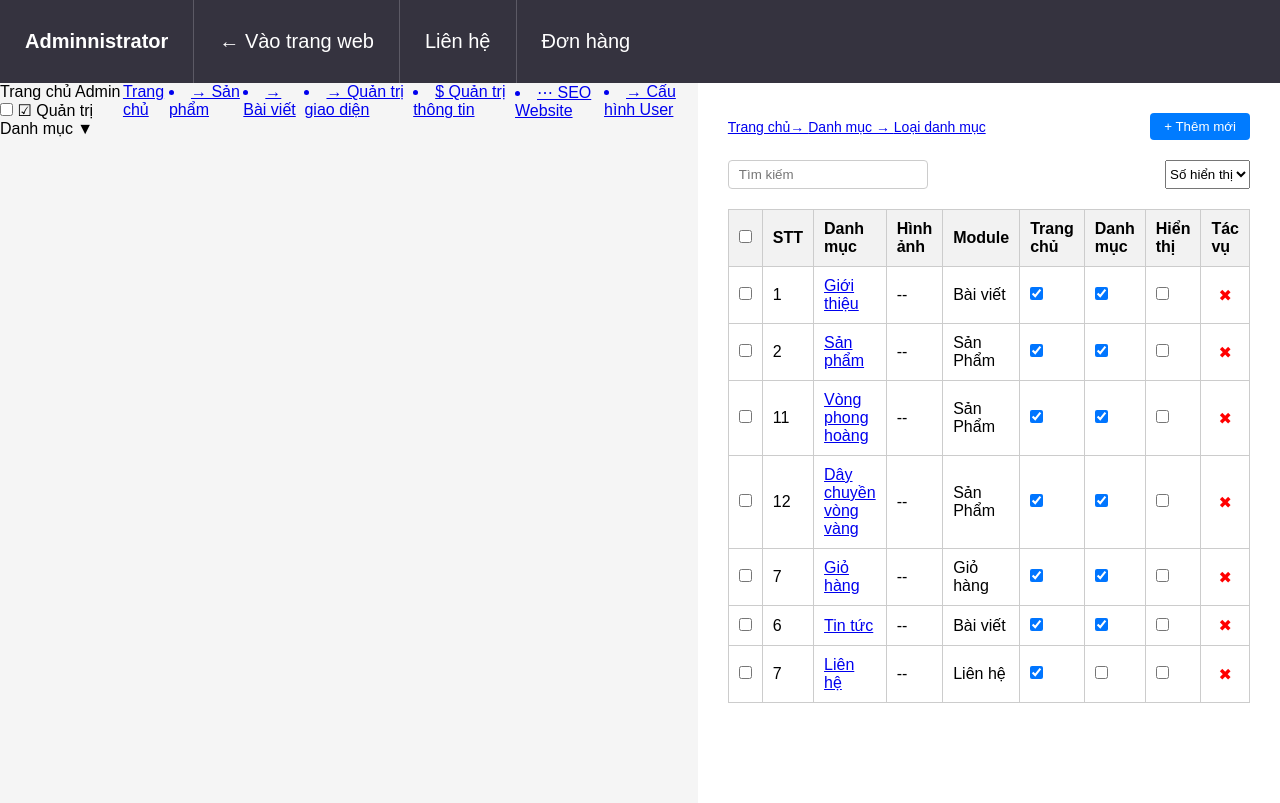
Repository: TranTanDat0606/Du-An-1
Page: Admin]/admin.html
The author's editor kept a copy of each file at every save. The page is drawn from the files as they stood at one save, then again after the next save.
The browser window is 1280 px wide. The pictures show the whole page.

Above is the page before, as saved 2025-07-31 08:55:01.

### Admin]/admin.html
<!DOCTYPE html>
<html lang="vi">
<head>
    <meta charset="UTF-8" />
    <meta name="viewport" content="width=device-width, initial-scale=1.0"/>
    <title>Quản lý danh mục</title>
    <link rel="stylesheet" href="admin.css" />
</head>
<body>
<header class="admin-navbar">
    <div class="admin-navbar-item left">Adminnistrator</div>
    <a href="#" class="admin-navbar-item">← Vào trang web</a>
    <a href="#" class="admin-navbar-item">Liên hệ</a>
    <a href="#" class="admin-navbar-item">Đơn hàng</a>
</header>
    <div class="admin-container">
<div class="admin-sidebar">
    <div class="admin-title">Trang chủ Admin</div>
    <div class="dropdown">
        <input type="checkbox" id="menu-toggle"/>
        <label for="menu-toggle" class="dropdown-label">☑ Quản trị Danh mục ▼</label>
</div>
</div>
    <div class="admin-main">
        <div class="breadcrumb">
            <a href="#">Trang chủ</a>
        </div>
    </div>

        </li>
        <a href="#"><li>→ Sản phẩm</li></a>
        <a href="#"><li>→ Bài viết</li></a>
        <a href="#"><li>→ Quản trị giao diện</li></a>
        <a href="#"><li>$ Quản trị thông tin</li></a>
        <a href="#"><li>⋯ SEO Website</li></a>
        <a href="#"><li>→ Cấu hình User</li></a>
    </ul>
    </aside>
    <main class="main-content">
    <div class="header-bar">
        <span class="breadcrumbs"><a href="#">Trang chủ→ </a><a href="#">Danh mục → </a><a href="#">Loại danh mục</a></span>
        <button class="btn-new">+ Thêm mới</button>
    </div>

    <div class="table-toolbar">
        <input type="text" class="search-input" placeholder="Tìm kiếm" />
        <select>
    <option>Số hiển thị</option>
        </select>
    </div>
    <table>
        <thead>
    <tr>
            <th><input type="checkbox" /></th>
            <th>STT</th>
            <th>Danh mục</th>
            <th>Hình ảnh</th>
            <th>Module</th>
            <th>Trang chủ</th>
            <th>Danh mục</th>
            <th>Hiển thị</th>
            <th>Tác vụ</th>
    </tr>
        </thead>
        <tbody>
    <tr>
            <td><input type="checkbox" /></td>
            <td>1</td>
            <td><a href="#">Giới thiệu</a></td>
            <td>--</td>
            <td>Bài viết</td>
            <td><input type="checkbox" checked /></td>
            <td><input type="checkbox" checked /></td>
            <td><input type="checkbox" /></td>
            <td class="text-danger">✖</td>
    </tr>
    <tr>
            <td><input type="checkbox" /></td>
            <td>2</td>
            <td><a href="#">Sản phẩm</a></td>
            <td>--</td>
            <td>Sản Phẩm</td>
            <td><input type="checkbox" checked /></td>
            <td><input type="checkbox" checked /></td>
            <td><input type="checkbox" /></td>
            <td class="text-danger">✖</td>
    </tr>
    <tr>
        <td><input type="checkbox" /></td>
        <td>11</td>
        <td><a href="#">Vòng phong hoàng</a></td>
        <td>--</td>
        <td>Sản Phẩm</td>
        <td><input type="checkbox" checked /></td>
        <td><input type="checkbox" checked /></td>
        <td><input type="checkbox" /></td>
        <td class="text-danger">✖</td>
    </tr>
    <tr>
        <td><input type="checkbox" /></td>
        <td>12</td>
        <td><a href="#">Dây chuyền vòng vàng</a></td>
        <td>--</td>
        <td>Sản Phẩm</td>
        <td><input type="checkbox" checked /></td>
        <td><input type="checkbox" checked /></td>
        <td><input type="checkbox" /></td>
        <td class="text-danger">✖</td>
    </tr>
    <tr>
        <td><input type="checkbox" /></td>
        <td>7</td>
        <td><a href="#">Giỏ hàng</a></td>
        <td>--</td>
        <td>Giỏ hàng</td>
        <td><input type="checkbox" checked /></td>
        <td><input type="checkbox" checked /></td>
        <td><input type="checkbox" /></td>
        <td class="text-danger">✖</td>
    </tr>
    <tr>
        <td><input type="checkbox" /></td>
        <td>6</td>
        <td><a href="#">Tin tức</a></td>
        <td>--</td>
        <td>Bài viết</td>
        <td><input type="checkbox" checked /></td>
        <td><input type="checkbox" checked /></td>
        <td><input type="checkbox"/></td>
        <td class="text-danger">✖</td>
    </tr>
    <tr>
        <td><input type="checkbox" name="" id=""></td>
        <td>7</td>
        <td><a href="#"> Liên hệ </a></td>
        <td>--</td>
        <td>Liên hệ</td>
        <td><input type="checkbox" checked></td>
        <td><input type="checkbox"></td>
        <td><input type="checkbox"></td>
        <td class="text-danger">✖</td>
    </tr>
        </tbody>
    </table>
    </main>
    </div>
</body>
</html>

### Admin]/admin.css
* {
    margin: 0;
    padding: 0;
    box-sizing: border-box;
    font-family: sans-serif;
}
/* header */
/* Thanh navbar admin */
.admin-navbar {
    display: flex;
    background-color: #35333f;
    /* Màu nền đậm */
    color: #fff;
    font-size: 20px;
    font-family: sans-serif;
    font-weight: 400;
}

.admin-navbar-item {
    padding: 30px 25px;
    color: #fff;
    text-decoration: none;
    border-left: 1px solid #5c5a65;
    /* Đường kẻ giữa các mục */
    display: flex;
    align-items: center;
}
/* Mục đầu tiên không có đường viền trái */
.admin-navbar-item.left {
    border-left: none;
    font-weight: bold;
}
/* Topbar admin */
.topbar {
    background-color: #2f2e38;
    color: white;
    display: flex;
    justify-content: space-between;
    align-items: center;
    padding: 20px 25px;
    font-size: 24px;
}

.topbar-left {
    font-weight: bold;

}

.topbar-right a {
    color: white;
    text-decoration: none;
    margin-left: 100px;
    border-left:4px solid #555;
    padding-left: 170px
}

.topbar-right a:first-child {
    border-left: none;
    padding-left: 0;
}
body {
    background: #f5f5f5;
}

.admin-container {
    display: flex;
    height: 100vh;
}

/* Sidebar */
.sidebar {
    width: 250px;
    background: #fff;
    border-right: 1px solid #ccc;
    padding: 20px;
}

.sidebar h2 {
    margin-bottom: 15px;
    font-size: 20px;
}

.sidebar ul {
    list-style: none;
}

.sidebar li {
    margin-bottom: 10px;
    font-size: 15px;
}

.sidebar .submenu {
    margin-left: 15px;
}

.sidebar a {
    color: #007bff;
    text-decoration: none;
}

/* Main Content */
.main-content {
    flex: 1;
    padding: 30px;
    background: #fff;
}

.header-bar {
    display: flex;
    justify-content: space-between;
    align-items: center;
}

.breadcrumbs {
    color: #555;
    font-size: 14px;
}

.btn-new {
    background: #007bff;
    color: #fff;
    border: none;
    padding: 6px 14px;
    border-radius: 4px;
    cursor: pointer;
}

.table-toolbar {
    margin: 20px 0;
    display: flex;
    justify-content: space-between;
}

.search-input {
    padding: 6px 10px;
    width: 200px;
    border: 1px solid #ccc;
    border-radius: 4px;
}

table {
    width: 100%;
    border-collapse: collapse;
    background: #fff;
}

table th,
table td {
    border: 1px solid #ccc;
    padding: 10px;
    text-align: left;
}

table th {
    background: #f2f2f2;
}

.text-danger {
    color: red;
    text-align: center;
}

After the next save:
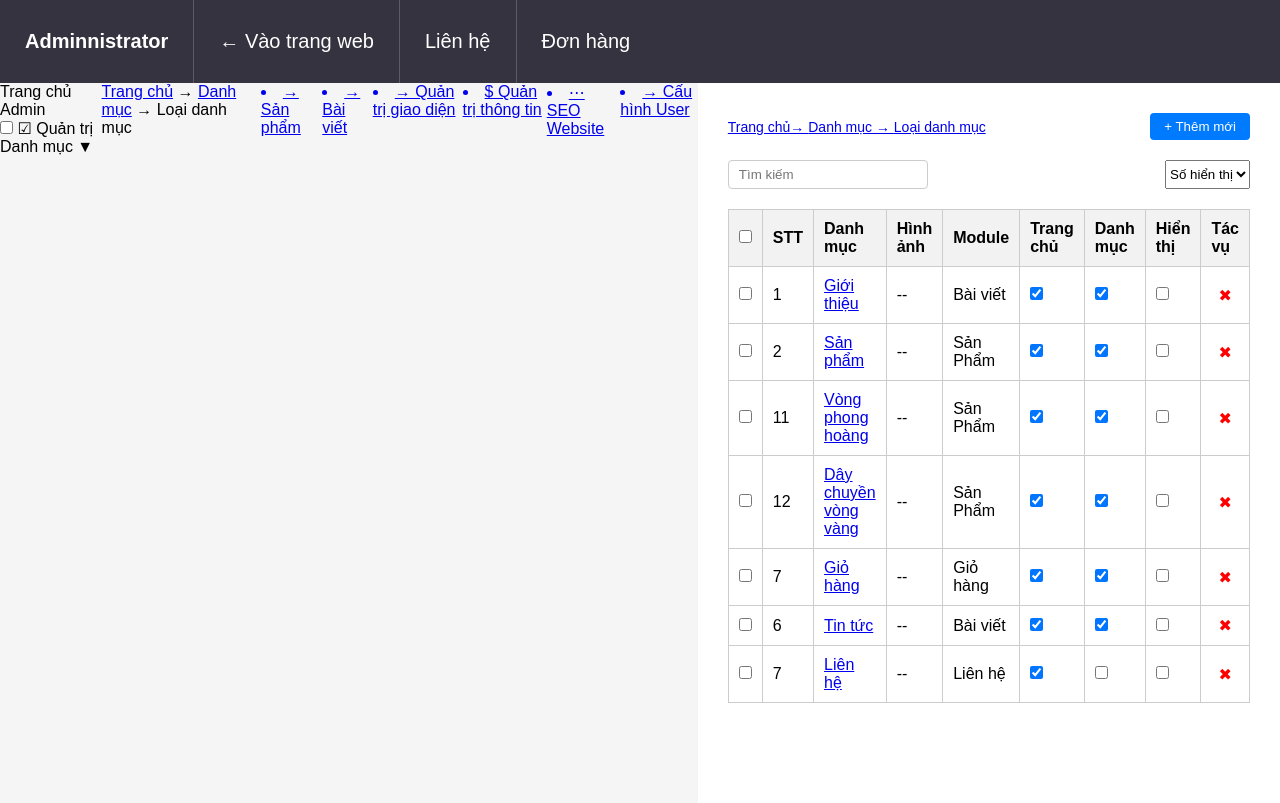
Saved 5 s later.
--- a/Admin]/admin.html
+++ b/Admin]/admin.html
@@ -23,7 +23,7 @@
 </div>
     <div class="admin-main">
         <div class="breadcrumb">
-            <a href="#">Trang chủ</a>
+            <a href="#">Trang chủ</a> → <a href="#">Danh mục</a> → <span>Loại danh mục</span>
         </div>
     </div>
 
